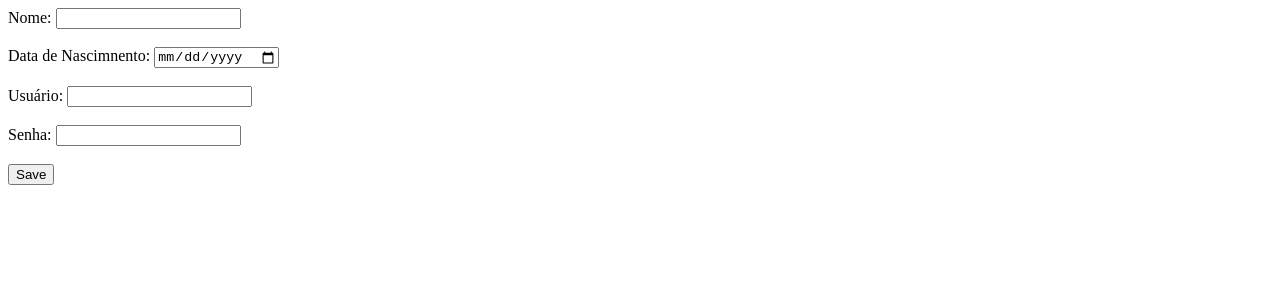
Repository: HigorRoc/Uninove_2021.1_AplicacaoWebQuarta
Page: usersManager/WebContent/formCadastro.html
An editor plug-in stored every save of this project. The page is shown before and after a run of saves, followed by the edit.
The browser window is 1280 px wide. The pictures show the whole page.

Above is the page before, as saved 2021-05-13 00:16:24.

After the next 3 saves:
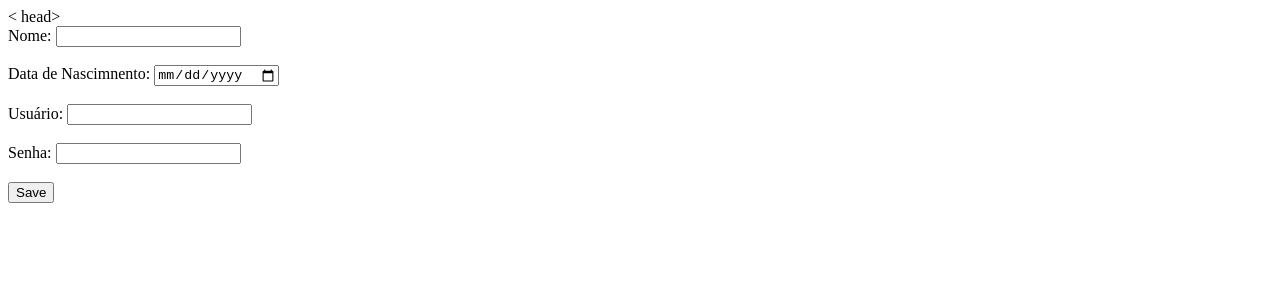
The 3 saves are shown as one change because they came seconds apart.
The last was saved 10 s later.
--- a/usersManager/WebContent/formCadastro.html
+++ b/usersManager/WebContent/formCadastro.html
@@ -1,6 +1,6 @@
 <!DOCTYPE html>
 <html>
-<head>
+<	head>
 <meta charset="ISO-8859-1">
 <title>Cadastro</title>
 </head>

After the save that followed:
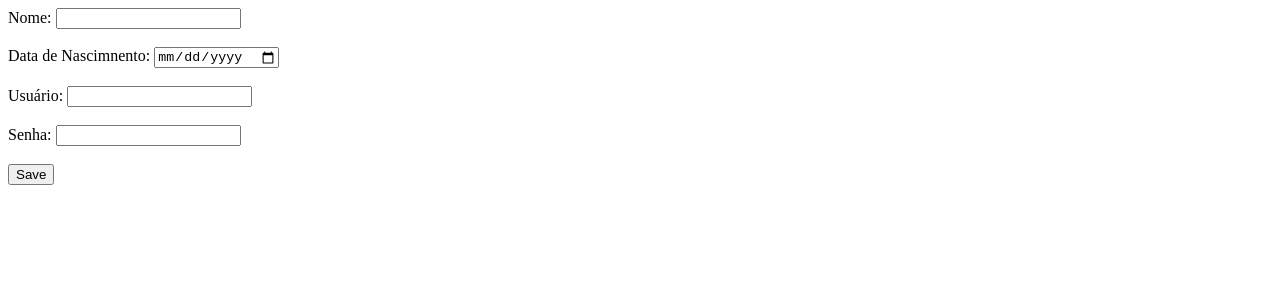
Saved 7 s later.
--- a/usersManager/WebContent/formCadastro.html
+++ b/usersManager/WebContent/formCadastro.html
@@ -1,9 +1,9 @@
 <!DOCTYPE html>
 <html>
-<	head>
-<meta charset="ISO-8859-1">
-<title>Cadastro</title>
-</head>
+	<head>
+		<meta charset="ISO-8859-1">
+		<title>Cadastro</title>
+	</head>
 <body>
 	<form>
 		Nome: <input type="text" name="txtnome"><br><br>
